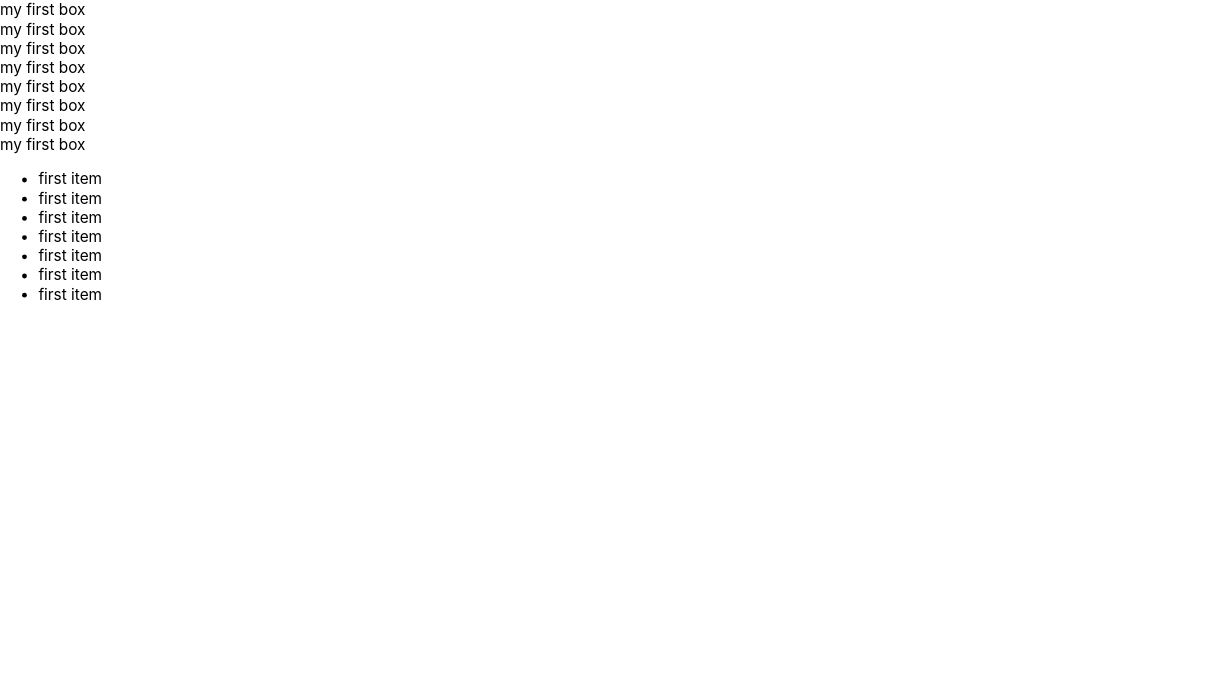
Repository: tts2610/React-Intro
Page: /
An editor plug-in stored every save of this project. The page is shown before and after the next save, followed by the edit.
The browser window is 1280 px wide. The pictures show the whole page, at 96% of full size.
The project was rebuilt for these pictures with package versions that can differ from the ones it lists, and the page was loaded fresh each time.

Above is the page before, as saved 2020-05-25 11:27:29.

After the next save:
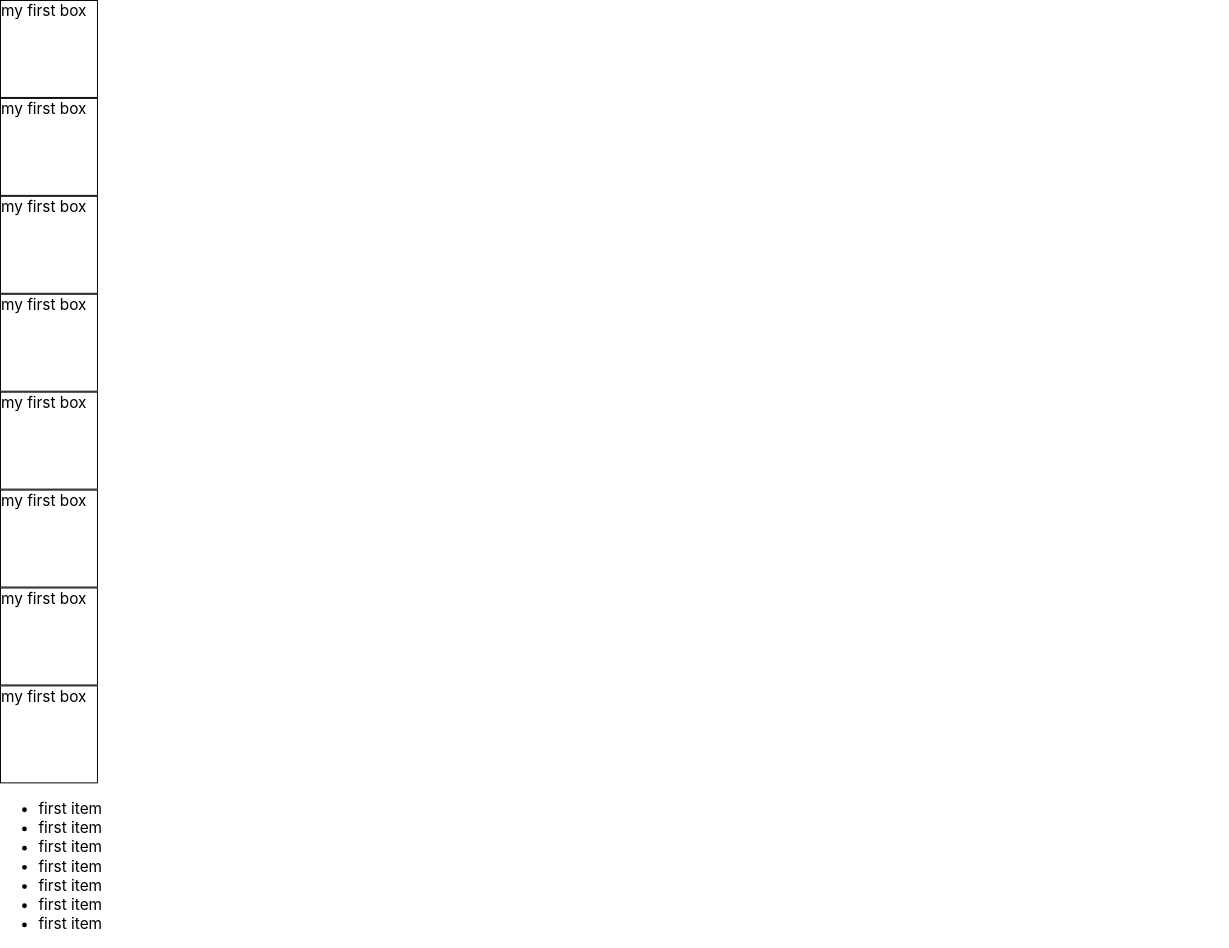
Saved 8 s later.
--- a/src/components/Box.js
+++ b/src/components/Box.js
@@ -2,7 +2,7 @@ import React from 'react'
 
 export default function Box() {
     return (
-        <div>
+        <div className="box">
             my first box
         </div>
     )
